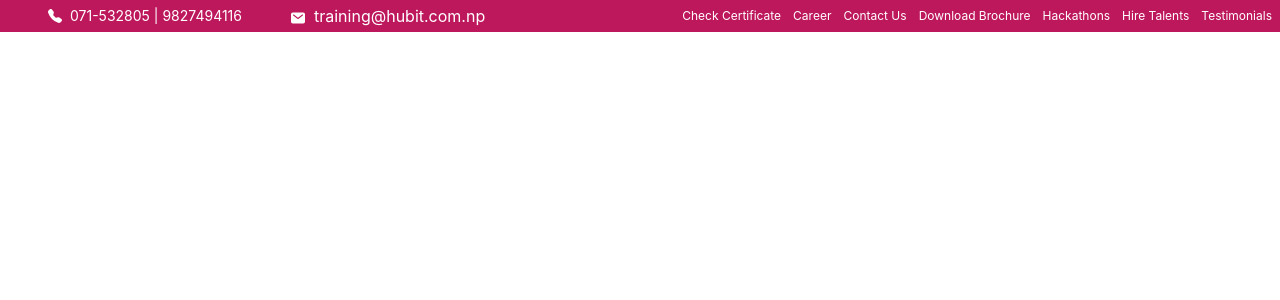
Repository: Sushant203/react-training-
Page: /
The author's editor kept a copy of each file at every save. The page is drawn from the files as they stood at one save, then again after the next save.
The browser window is 1280 px wide. The pictures show the whole page.
The project was rebuilt for these pictures with package versions that can differ from the ones it lists, and the page was loaded fresh each time. Also part of the build but not shown: src/App.css.

Above is the page before, as saved 2022-12-15 01:06:04.

### src/App.js

import './App.css';
import UpperNav from './components/UpperNav';

function App() {
  return (
    <div>
      <UpperNav />
    </div>
  );
}

export default App;

### src/components/UpperNav.jsx
import React from "react";
import { BsFillTelephoneFill } from "react-icons/bs";
import { IoMail } from "react-icons/io5";
const UpperNav = () => {
  return (
    <div>
      <div className="flex bg-pink-700 align-center px-2 text-white text-sm justify-between">
        <div className="flex">
          <div className="flex gap-2 items-center mx-10">
            <BsFillTelephoneFill className="text-white" />
            <p>071-532805 | 9827494116</p>
          </div>
          <div className="flex gap-2 items-center px-2 py-1 text-base">
            <IoMail className="mt-1" />
            <p>training@hubit.com.np</p>
          </div>
        </div>

        {/* right section */}
        <div className="flex gap-3 items-center text-xs">
          <div>Check Certificate</div>
          <div>Career</div>
          <div>Contact Us</div>
          <div>Download Brochure</div>
          <div>Hackathons</div>
          <div>Hire Talents</div>
          <div>Testimonials</div>
        </div>
      </div>
    </div>
  );
};

export default UpperNav;

Loaded but not shown: public/index.html (common file); src/index.js (common file); src/index.css (common file); src/reportWebVitals.js (common file); tailwind.config.js (common file)

After the next save:
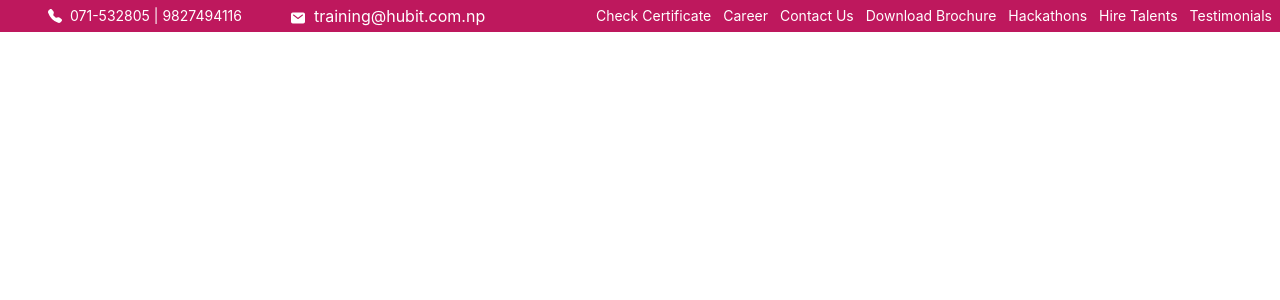
Saved 8 s later.
--- a/src/components/UpperNav.jsx
+++ b/src/components/UpperNav.jsx
@@ -17,7 +17,7 @@ const UpperNav = () => {
         </div>
 
         {/* right section */}
-        <div className="flex gap-3 items-center text-xs">
+        <div className="flex gap-3 items-center text-sm">
           <div>Check Certificate</div>
           <div>Career</div>
           <div>Contact Us</div>
